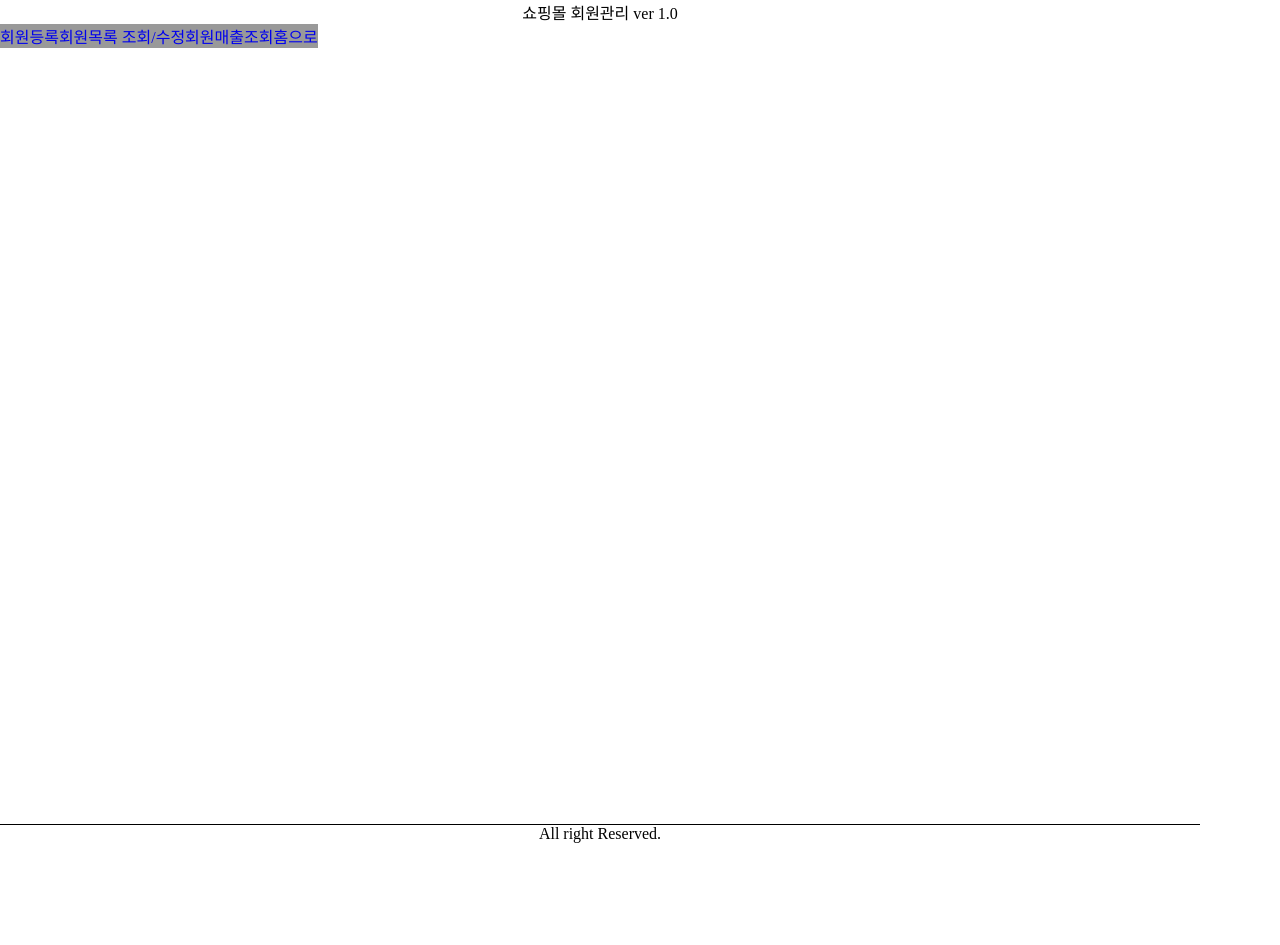
Repository: foodduck/HRD_exam
Page: http://localhost/HRD_1234/
An editor plug-in stored every save of this project. The page is shown before and after the next save, followed by the edit.
The browser window is 1280 px wide. The pictures show the whole page.
The page is served by Tomcat 9.

Above is the page before, as saved 2022-02-11 09:16:20.

After the next save:
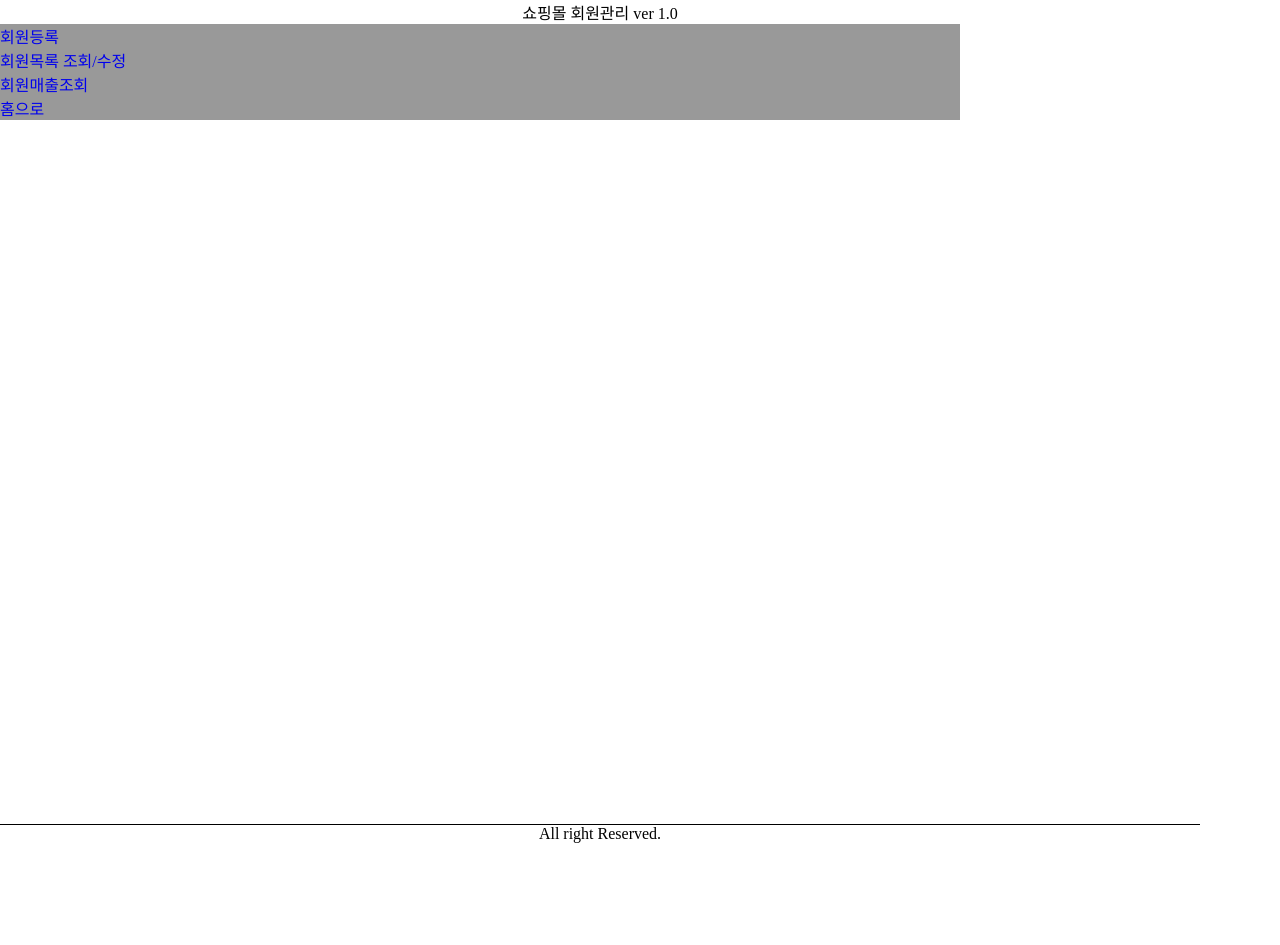
Saved 28 s later.
--- a/HRD_1234/WebContent/index.jsp
+++ b/HRD_1234/WebContent/index.jsp
@@ -12,7 +12,7 @@
 	a {text-decoration:none;}
 	.wrap {width:1200px; clear:both;}
 	p {text-align:center}
-	.tnb li {float:left; margin:0 auto; background-color:#999;}
+	.tnb li { width: 80%; float:left; margin:0 auto; background-color:#999;}
 	.sec {width:100%; height:800px;}
 	.ft {clear:both; width:100%; height:120px; border-top:solid 1px black;}
 </style>

After the 2 saves that followed:
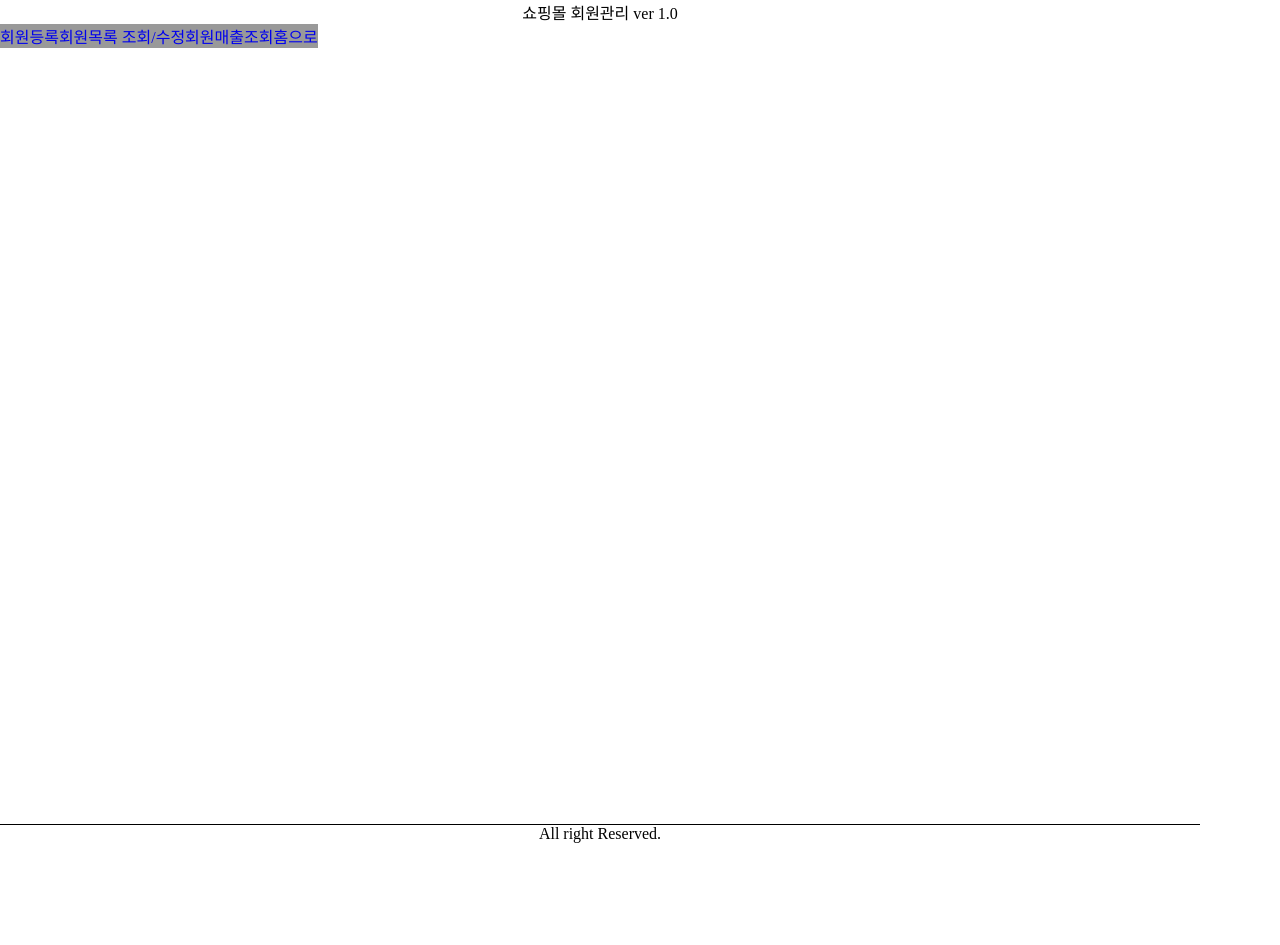
The 2 saves are shown as one change because they came seconds apart.
The last was saved 15 s later.
--- a/HRD_1234/WebContent/index.jsp
+++ b/HRD_1234/WebContent/index.jsp
@@ -12,7 +12,7 @@
 	a {text-decoration:none;}
 	.wrap {width:1200px; clear:both;}
 	p {text-align:center}
-	.tnb li { width: 80%; float:left; margin:0 auto; background-color:#999;}
+	.tnb li { float:left; margin:0 auto; background-color:#999;}
 	.sec {width:100%; height:800px;}
 	.ft {clear:both; width:100%; height:120px; border-top:solid 1px black;}
 </style>
